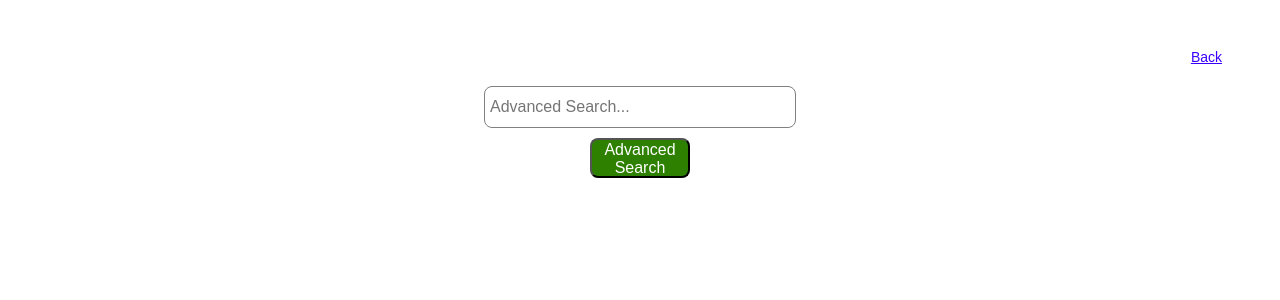
Repository: lyutok/cs50-search-project
Page: advanced.html
The author's editor kept a copy of each file at every save. The page is drawn from the files as they stood at one save, then again after the next save.
The browser window is 1280 px wide. The pictures show the whole page.
The style sheet was rebuilt from its Sass, Less or Tailwind sources for each picture, by a compiler version that may differ from the author's.

Above is the page before, as saved 2025-07-07 10:44:37.

After the next save:
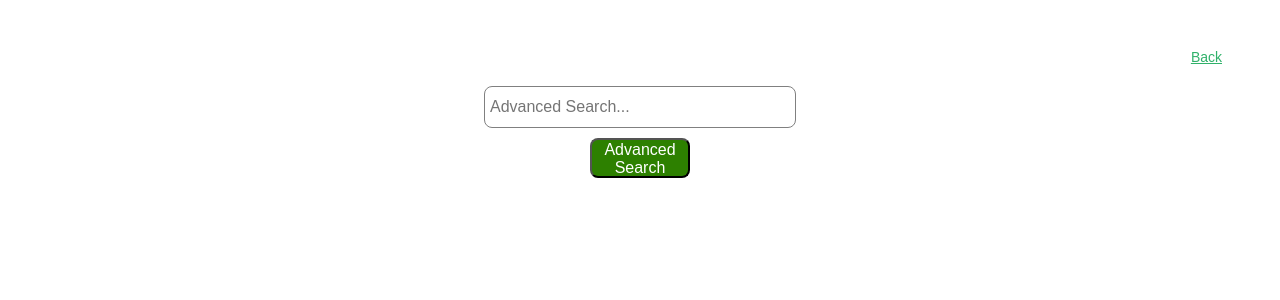
Saved 7 min 11 s later.
--- a/styles.scss
+++ b/styles.scss
@@ -1,4 +1,4 @@
-$color: rgb(60, 0, 255);
+$color: rgb(48, 177, 106);
 
 a {
     font-size: 14px;
@@ -34,6 +34,10 @@ button {
     color: white;
     height: 40px;
     width: 100px;
+
+    &.advanced {
+    background-color: rgb(45, 156, 236);
+  }
 }
 
 button:hover {
